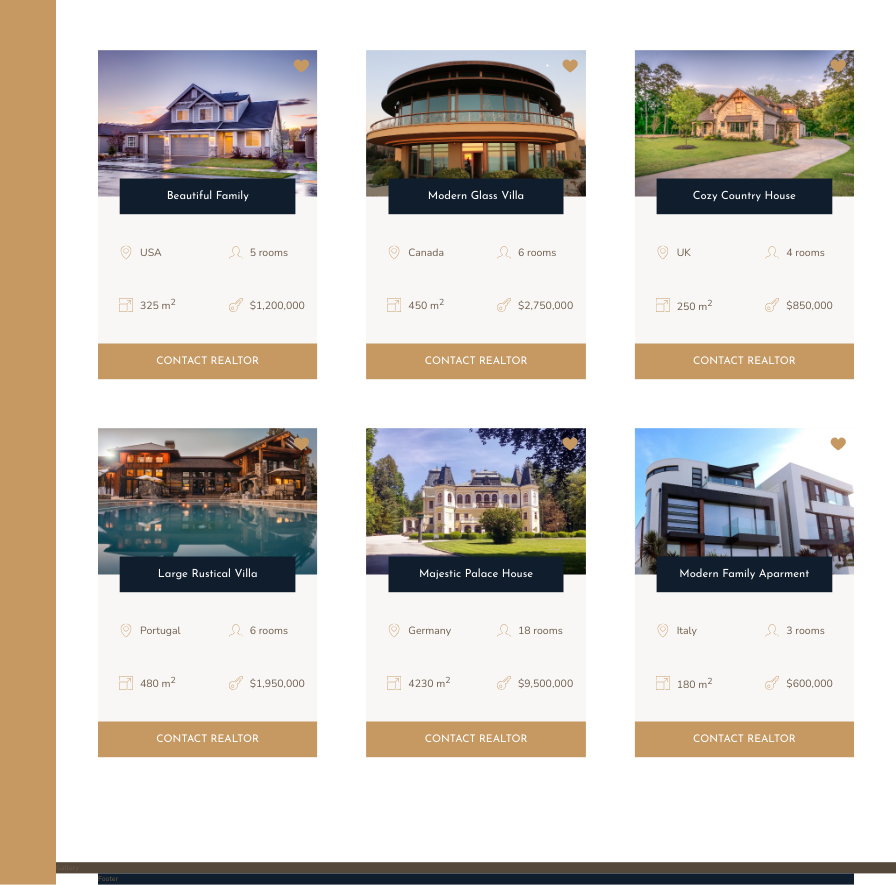
Repository: achwesiuk/nexter
Page: index.html
An editor plug-in stored every save of this project. The page is shown before and after the next save, followed by the edit.
The browser window is 1280 px wide. The pictures show the part of the page from y = 1684 to 3604 px (the page is 2948 px tall before and 3604 px after), at 70% of full size.
The style sheet was rebuilt from its Sass, Less or Tailwind sources for each picture, by a compiler version that may differ from the author's.

Above is the page before, as saved 2021-02-23 15:48:34.

### index.html
<!DOCTYPE html>
<html lang="en">
    <head>
        <meta charset="UTF-8">
        <meta name="viewport" content="width=device-width, initial-scale=1.0">
        <meta http-equiv="X-UA-Compatible" content="ie=edge">

        <link href="https://fonts.googleapis.com/css?family=Josefin+Sans:300,400,400i|Nunito:300,300i" rel="stylesheet">
        <link rel="stylesheet" href="css/style.css">
        <link rel="shortcut icon" type="image/png" href="img/favicon.png">

        <title>nexter &mdash; your home, your freedom</title>
    </head>
    <body class="container">
        <div class="sidebar">
            Sidebar
        </div>

        <header class="header">
            Header
        </header>

        <div class="realtors">
            Top 3 realtors
        </div>

        <section class="features">
            <div class="feature">
                <svg class="feature__icon">
                    <use xlink:href="img/sprite.svg#icon-global"></use>
                </svg>
                <h4 class="heading-4--dark">World's best luxury homes</h4>
                <p class="feature-text">Lorem ipsum dolor sit amet, consectetur adipisicing elit. Sapiente eligendi vitae aliquid a corporis hic, nemo dolores neque culpa pariatur dolor magnam!</p>
            </div>
            <div class="feature">
                <svg class="feature__icon">
                    <use xlink:href="img/sprite.svg#icon-trophy"></use>
                </svg>
                <h4 class="heading-4--dark">Only the best properties</h4>
                <p class="feature-text">Lorem ipsum dolor sit amet consectetur, adipisicing elit. Mollitia optio sapiente fugit deserunt ex qui in.</p>
            </div>
            <div class="feature">
                <svg class="feature__icon">
                    <use xlink:href="img/sprite.svg#icon-map-pin"></use>
                </svg>
                <h4 class="heading-4--dark">All homes in top locations</h4>
                <p class="feature-text">Lorem ipsum dolor sit amet consectetur adipisicing elit. Ullam est deserunt unde temporibus, beatae quo et repellat!</p>
            </div>
            <div class="feature">
                <svg class="feature__icon">
                    <use xlink:href="img/sprite.svg#icon-key"></use>
                </svg>
                <h4 class="heading-4--dark">New home in one week</h4>
                <p class="feature-text">Lorem ipsum dolor sit amet consectetur adipisicing elit. Velit aliquam praesentium quod non eligendi sunt cum ipsum modi.</p>
            </div>
            <div class="feature">
                <svg class="feature__icon">
                    <use xlink:href="img/sprite.svg#icon-presentation"></use>
                </svg>
                <h4 class="heading-4--dark">Top 1% realtors</h4>
                <p class="feature-text">Lorem ipsum dolor sit amet, consectetur adipisicing elit.</p>
            </div>
            <div class="feature">
                <svg class="feature__icon">
                    <use xlink:href="img/sprite.svg#icon-lock"></use>
                </svg>
                <h4 class="heading-4--dark">Secure payments on nexter</h4>
                <p class="feature-text">Lorem ipsum, dolor sit amet consectetur adipisicing elit. Incidunt distinctio repudiandae saepe dolores quis tempore similique.</p>
            </div>
        </section>

        <div class="story__pictures">
            <img src="img/story-1.jpeg" alt="Couple with new house" class="story__img--1">
            <img src="img/story-2.jpeg" alt="New house" class="story__img--2">
        </div>

        <div class="story__content">
            <h3 class="heading-3 mb-sm">Happy Customers</h3>
            <h2 class="heading-2 heading-2--dark mb-md">&ldquo;The best decision of our lives&rdquo;</h2>
            <p class="story__text">
                Lorem ipsum dolor sit amet, consectetur adipisicing elit. Accusantium ut error magni quasi delectus debitis praesentium, iusto, explicabo natus deleniti corrupti, illo illum quidem dolores dolorum ipsum! Incidunt, eaque amet.
            </p>
            <button class="btn">Find your own home</button>
        </div>

        <section class="homes">
            <div class="home">
                <img src="img/house-1.jpeg" alt="House 1" class="home__img">
                <svg class="home__like">
                    <use xlink:href="img/sprite.svg#icon-heart-full"></use>
                </svg>
                <h5 class="home__name">Beautiful Family</h5>
                <div class="home__location">
                    <svg class="home__like">
                        <use xlink:href="img/sprite.svg#icon-map-pin"></use>
                    </svg>
                    <p>USA</p>
                </div>
                <div class="home__rooms">
                    <svg class="home__like">
                        <use xlink:href="img/sprite.svg#icon-profile-male"></use>
                    </svg>
                    <p>5 rooms</p>
                </div>
                <div class="home__area">
                    <svg class="home__like">
                        <use xlink:href="img/sprite.svg#icon-expand"></use>
                    </svg>
                    <p>325 m<sup>2</sup></p>
                </div>
                <div class="home__price">
                    <svg class="home__like">
                        <use xlink:href="img/sprite.svg#icon-key"></use>
                    </svg>
                    <p>$1,200,000</p>
                </div>
                <button class="btn home__btn">Contact realtor</button>
            </div>

            <div class="home"><img src="img/house-2.jpeg" alt="House 2" class="home__img">
                <svg class="home__like">
                    <use xlink:href="img/sprite.svg#icon-heart-full"></use>
                </svg>
                <h5 class="home__name">Modern Glass Villa</h5>
                <div class="home__location">
                    <svg class="home__like">
                        <use xlink:href="img/sprite.svg#icon-map-pin"></use>
                    </svg>
                    <p>Canada</p>
                </div>
                <div class="home__rooms">
                    <svg class="home__like">
                        <use xlink:href="img/sprite.svg#icon-profile-male"></use>
                    </svg>
                    <p>6 rooms</p>
                </div>
                <div class="home__area">
                    <svg class="home__like">
                        <use xlink:href="img/sprite.svg#icon-expand"></use>
                    </svg>
                    <p>450 m<sup>2</sup></p>
                </div>
                <div class="home__price">
                    <svg class="home__like">
                        <use xlink:href="img/sprite.svg#icon-key"></use>
                    </svg>
                    <p>$2,750,000</p>
                </div>
                <button class="btn home__btn">Contact realtor</button>
            </div>

            <div class="home"><img src="img/house-3.jpeg" alt="House 3" class="home__img">
                <svg class="home__like">
                    <use xlink:href="img/sprite.svg#icon-heart-full"></use>
                </svg>
                <h5 class="home__name">Cozy Country House</h5>
                <div class="home__location">
                    <svg class="home__like">
                        <use xlink:href="img/sprite.svg#icon-map-pin"></use>
                    </svg>
                    <p>UK</p>
                </div>
                <div class="home__rooms">
                    <svg class="home__like">
                        <use xlink:href="img/sprite.svg#icon-profile-male"></use>
                    </svg>
                    <p>4 rooms</p>
                </div>
                <div class="home__area">
                    <svg class="home__like">
                        <use xlink:href="img/sprite.svg#icon-expand"></use>
                    </svg>
                    <p>250 m<sup>2</sup></p>
                </div>
                <div class="home__price">
                    <svg class="home__like">
                        <use xlink:href="img/sprite.svg#icon-key"></use>
                    </svg>
                    <p>$850,000</p>
                </div>
                <button class="btn home__btn">Contact realtor</button>
            </div>

            <div class="home"><img src="img/house-4.jpeg" alt="House 4" class="home__img">
                <svg class="home__like">
                    <use xlink:href="img/sprite.svg#icon-heart-full"></use>
                </svg>
                <h5 class="home__name">Large Rustical Villa</h5>
                <div class="home__location">
                    <svg class="home__like">
                        <use xlink:href="img/sprite.svg#icon-map-pin"></use>
                    </svg>
                    <p>Portugal</p>
                </div>
                <div class="home__rooms">
                    <svg class="home__like">
                        <use xlink:href="img/sprite.svg#icon-profile-male"></use>
                    </svg>
                    <p>6 rooms</p>
                </div>
                <div class="home__area">
                    <svg class="home__like">
                        <use xlink:href="img/sprite.svg#icon-expand"></use>
                    </svg>
                    <p>480 m<sup>2</sup></p>
                </div>
                <div class="home__price">
                    <svg class="home__like">
                        <use xlink:href="img/sprite.svg#icon-key"></use>
                    </svg>
                    <p>$1,950,000</p>
                </div>
                <button class="btn home__btn">Contact realtor</button>
            </div>

            <div class="home"><img src="img/house-5.jpeg" alt="House 5" class="home__img">
                <svg class="home__like">
                    <use xlink:href="img/sprite.svg#icon-heart-full"></use>
                </svg>
                <h5 class="home__name">Majestic Palace House</h5>
                <div class="home__location">
                    <svg class="home__like">
                        <use xlink:href="img/sprite.svg#icon-map-pin"></use>
                    </svg>
                    <p>Germany</p>
                </div>
                <div class="home__rooms">
                    <svg class="home__like">
                        <use xlink:href="img/sprite.svg#icon-profile-male"></use>
                    </svg>
                    <p>18 rooms</p>
                </div>
                <div class="home__area">
                    <svg class="home__like">
                        <use xlink:href="img/sprite.svg#icon-expand"></use>
                    </svg>
                    <p>4230 m<sup>2</sup></p>
                </div>
                <div class="home__price">
                    <svg class="home__like">
                        <use xlink:href="img/sprite.svg#icon-key"></use>
                    </svg>
                    <p>$9,500,000</p>
                </div>
                <button class="btn home__btn">Contact realtor</button>
            </div>

            <div class="home"><img src="img/house-6.jpeg" alt="House 6" class="home__img">
                <svg class="home__like">
                    <use xlink:href="img/sprite.svg#icon-heart-full"></use>
                </svg>
                <h5 class="home__name">Modern Family Aparment</h5>
                <div class="home__location">
                    <svg class="home__like">
                        <use xlink:href="img/sprite.svg#icon-map-pin"></use>
                    </svg>
                    <p>Italy</p>
                </div>
                <div class="home__rooms">
                    <svg class="home__like">
                        <use xlink:href="img/sprite.svg#icon-profile-male"></use>
                    </svg>
                    <p>3 rooms</p>
                </div>
                <div class="home__area">
                    <svg class="home__like">
                        <use xlink:href="img/sprite.svg#icon-expand"></use>
                    </svg>
                    <p>180 m<sup>2</sup></p>
                </div>
                <div class="home__price">
                    <svg class="home__like">
                        <use xlink:href="img/sprite.svg#icon-key"></use>
                    </svg>
                    <p>$600,000</p>
                </div>
                <button class="btn home__btn">Contact realtor</button>
            </div>
        </section>

        <section class="gallery">
            Gallery
        </section>

        <footer>
            Footer
        </footer>
    </body>
</html>

### sass/main.scss
@import "base";
@import "typography";

@import "sidebar";
@import "header";
@import "realtors";
@import "features";
@import "story";
@import "homes";
@import "gallery";
@import "footer";

### sass/_base.scss
// COLOR VARIABLES
$color-primary: #c69963;
$color-primary-dark: #B28451;

$color-secondary: #101d2c;

$color-grey-light-1: #f9f7f6;
$color-grey-light-2: #aaa;

$color-grey-dark-1: #54483A;
$color-grey-dark-2: #6D5D4B;

// FONT VARIABLES
$font-primary: 'Nunito', sans-serif;
$font-display: 'Josefin Sans', sans-serif;

*,
*::before,
*::after {
    margin: 0;
    padding: 0;
    -webkit-box-sizing: inherit;
            box-sizing: inherit; //dziedziczy po HTML
}

html {
    -webkit-box-sizing: border-box;
            box-sizing: border-box;
    font-size: 62.5%; // 10px / 16px = 62.5% -> 1rem = 10px
}

body {
    font-family: $font-primary;
    color: $color-grey-dark-2;
    font-weight: 300;
    line-height: 1.6;
}

.container {
    display: grid;
    grid-template-rows: 80vh min-content 40vw repeat(3, min-content); // 1.wiersz - wysokość wiersza jest wartością procentową vh; jest to siatka jawna z jednym wierszem, pozostałe elementy będą dodane w siatce niejawnej (elementy, które nie mają miejsca w siatce jawnej)
    // 2. wiersz - wysokość wiersza uzależniona od zawartej w nim treści
    // 2. auto - domyślne, jeżeli nic nie będzie określone; również dopasowuje się do treści
    // 3. wiersz - wiersz uzależniony od szerokości układu (podczas zmiany szerokości widoku zmieniają się wymiary wiersza - zwęża się, rośnie)
    // 4, 5, 6 - wysokość wiersza uzależnione od jego zawartości
    grid-template-columns: [sidebar-start] 8rem [sidebar-end full-start] minmax(6rem, 1fr) [center-start] repeat(8, [col-start] minmax(min-content, 14rem) [col-end]) [center-end] minmax(6rem, 1fr) [full-end];
}

### sass/_typography.scss
%heading { //extended działa przeciwnie do mixin; selektory (heading-1 etc.) są kopiowane to selektora na górze
    font-family: $font-display;
    font-weight: 400;
}

.heading-1 {
    @extend %heading;
}

.heading-2 {
    @extend %heading;
    font-size: 4rem;
    font-style: italic;
    line-height: 1;

    &--light {color: $color-grey-light-1;}
    &--dark {color: $color-grey-dark-1;}
}

.heading-3 {
    @extend %heading;
    font-size: 1.6rem;
    color: $color-primary;
    text-transform: uppercase;
}

.heading-4 {
    @extend %heading;
    font-size: 1.9rem;

    &--light {color: $color-grey-light-1;}
    &--dark {color: $color-grey-dark-1;}
}

.btn {
    background-color: $color-primary;
    color: #fff;
    border: none;
    border-radius: 0; //z założenia przyciski mają ustawiony jakiś kąt
    font-family: $font-display;
    font-size: 1.5rem;
    text-transform: uppercase;
    padding: 1.8rem 3rem;
    cursor: pointer;

    transition: all .2s;

    &:hover {
        background-color: $color-primary-dark;
    }
}

.mb-sm {margin-bottom: 2rem;}
.mb-md {margin-bottom: 3rem;}
.mb-lg {margin-bottom: 4rem;}
.mb-hg {margin-bottom: 8rem;}

### sass/_sidebar.scss
.sidebar {
    background-color: $color-primary;
    grid-column: sidebar-start / sidebar-end;
    grid-row: 1 / -1;
}

### sass/_header.scss
.header {
    background-color: $color-grey-dark-1;
    grid-column: full-start / col-end 6;
}

### sass/_realtors.scss
.realtors {
    background-color: $color-secondary;
    grid-column: col-start 7 / full-end;
}

### sass/_features.scss
.features {
    grid-column: center-start / center-end;

    margin: 15rem 0;

    display: grid;
    //grid-template-columns: repeat(3, 1fr);
    grid-template-columns: repeat(auto-fit, minmax(25rem, 1fr));
    //grid-template-rows: auto auto; niepotrzebne, ponieważ wiersze i tak układają się w ten sposób
    grid-gap: 6rem;
    align-items: start;
}

.feature {

    display: grid;
    grid-template-columns: min-content 1fr; //min-content odnosi się do wymiarów ikony
    //nie trzeba określać wierszy, mają mieć wielkość zawartej w nich treści
    grid-row-gap: 1.5rem;
    grid-column-gap: 2.5rem;

    &__icon {
        fill: $color-primary;
        width: 4.5rem;
        height: 4.5rem;
        transform: translateY(-1rem);

        //grid-row: 1 / -1; // -1 oznacza koniec JAWNEJ SIATKI, a tutaj jest niejawna
        grid-row: -1 / span 2;
    }

    &__text {
        font-size: 1.7rem;
    }
}

### sass/_story.scss
.story {

    &__pictures {
        background-color: $color-primary;
        grid-column: full-start / col-end 4;
        background-image: linear-gradient(rgba($color-primary, .5), rgba($color-primary, .5)),  url(../img/back.jpg); //używam dwóch takich samych kolorów - kolor przechodzi z jednego koloru na drugi

        display: grid;
        grid-template-rows: repeat(6, 1fr);
        grid-template-columns: repeat(6, 1fr);

        align-items: center;
    }

    &__img--1 {
        width: 100%;
        grid-row: 2 / 6;
        grid-column: 2 / 6;
        box-shadow: 0 2rem 5rem rgba(#000, .1);
    }

    &__img--2 {
        width: 115%;
        grid-row: 4 / 6;
        grid-column: 4 / 7;
        z-index: 20;
        box-shadow: 0 2rem 5rem rgba(#000, .2);
    }

    &__content {
        background-color: $color-grey-light-1;
        grid-column: col-start 5 / full-end;

        padding: 6rem 8vw;

        /*
        display: flex;
        flex-direction: column;
        justify-content: center;
        align-items: flex-start;
        */

        display: grid;
        align-content: center;
        justify-items: start;
    }

    &__text {
        font-size: 1.5rem;
        font-style: italic;
        margin-bottom: 4rem;
    }
}

### sass/_homes.scss
.homes {
    grid-column: center-start / center-end;
    margin: 15rem 0;

    display: grid;
    grid-template-columns: repeat(auto-fit,minmax(25rem, 1fr));
    grid-gap: 7rem;
}

.home {
    background-color: $color-grey-light-1;

    display: grid;
    grid-template-columns: repeat(2, 1fr);
    grid-row-gap: 3.5rem;

    &__img {
        width: 100%;
        grid-row: 1 / 2;
        grid-column: 1 / -1;
        z-index: 1;
    }

    &__like {
        grid-row: 1 / 2;
        grid-column: 2 / 3;
        fill: $color-primary;
        height: 2.5rem;
        width: 2.5rem;
        z-index: 2;

        justify-self: end;
        margin: 1rem;
    }

    &__name {
        grid-column: 1 / -1;
        grid-row: 1 / 2;
        justify-self: center;
        align-self: end;
        z-index: 3;

        width: 80%;
        font-family: $font-display;
        font-size: 1.6rem;
        text-align: center;
        padding: 1.25rem;
        background-color: $color-secondary;
        color: #fff;
        font-weight: 400;
        transform: translateY(50%);
    }

    &__location,
    &__rooms {
        margin-top: 2.5rem;
    }

    &__location,
    &__rooms,
    &__area,
    &__price {
        font-size: 1.5rem;
        margin-left: 2rem;

        display: flex;
        align-items: center;

        svg{
            fill: $color-primary;
            height: 2rem;
            width: 2rem;
            margin-right: 1rem;
        }
    }

    &__btn {
        grid-column: 1 / -1;
    }
}

### sass/_gallery.scss
.gallery {
    background-color: $color-grey-dark-1;
    grid-column: full-start / full-end;
}

### sass/_footer.scss
footer {
    background-color: $color-secondary;
    grid-column: center-start / center-end;
}

After the next save:
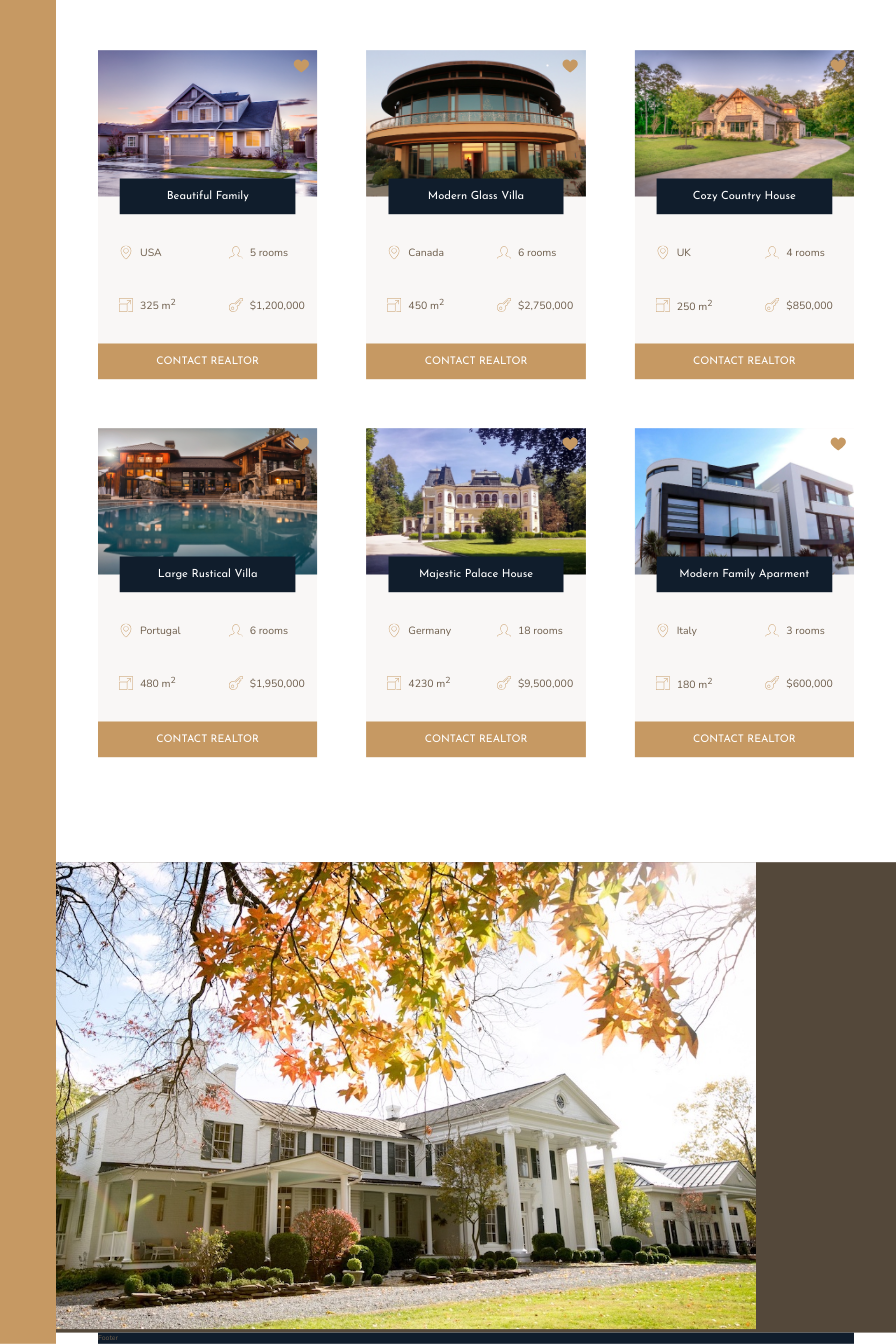
Saved 15 h 19 min later.
--- a/index.html
+++ b/index.html
@@ -279,7 +279,7 @@
         </section>
 
         <section class="gallery">
-            Gallery
+            <img src="img/gal-1.jpeg" alt="Gallery image 1" class="gallery__img">
         </section>
 
         <footer>
